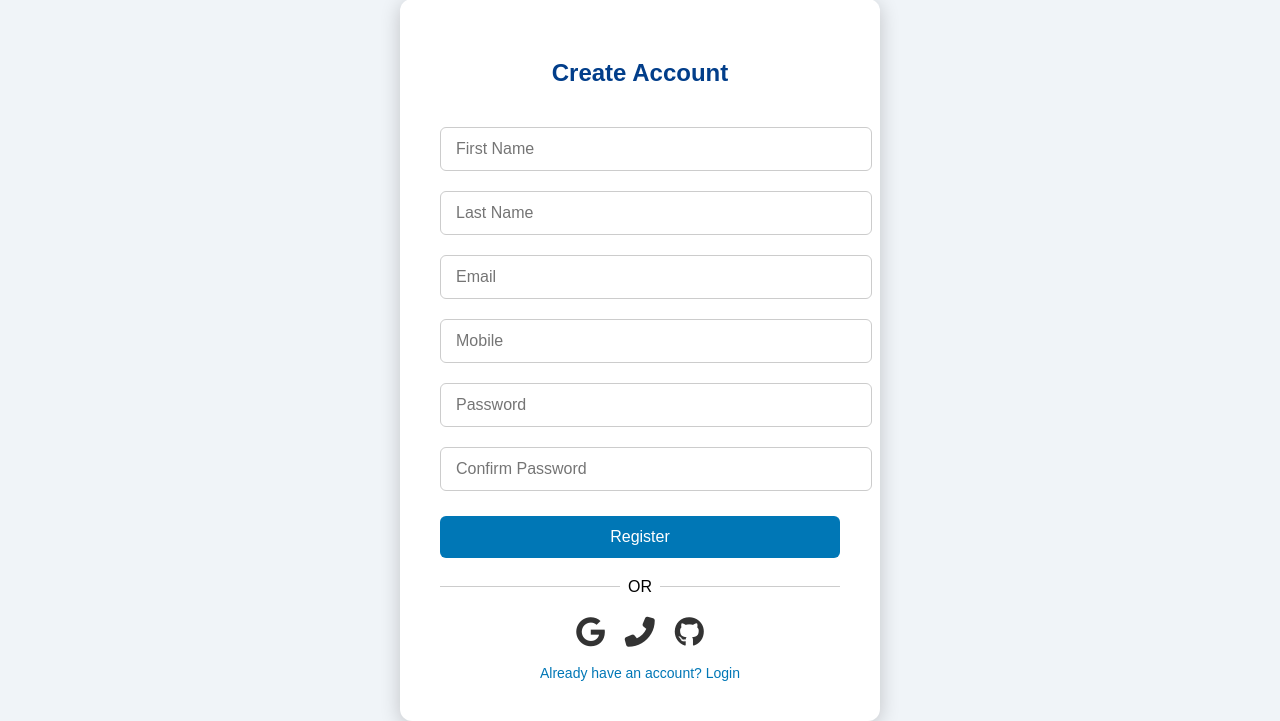
Repository: Mathin04/Online-Interview-Platform-
Page: urls/register.html
The author's editor kept a copy of each file at every save. The page is drawn from the files as they stood at one save, then again after the next save.
The browser window is 1280 px wide. The pictures show the whole page.

Above is the page before, as saved 2025-10-08 14:29:31.

### urls/register.html
<!DOCTYPE html>
<html lang="en">
<head>
  <meta charset="UTF-8">
  <title>Register | M-Terview</title>
  <link rel="stylesheet" href="https://cdnjs.cloudflare.com/ajax/libs/font-awesome/6.4.0/css/all.min.css">
  <style>
    body {
      font-family: Arial, sans-serif;
      background: #f0f4f8;
      display: flex;
      justify-content: center;
      align-items: center;
      height: 100vh;
      margin: 0;
    }

    .register-container {
      background: white;
      padding: 40px;
      border-radius: 12px;
      box-shadow: 0 4px 20px rgba(0,0,0,0.2);
      width: 400px;
      text-align: center;
    }

    .register-container h2 {
      margin-bottom: 30px;
      color: #023e8a;
    }

    input[type="text"], input[type="email"], input[type="tel"], input[type="password"] {
      width: 100%;
      padding: 12px 15px;
      margin: 10px 0;
      border: 1px solid #ccc;
      border-radius: 6px;
      font-size: 16px;
    }

    .register-btn {
      width: 100%;
      padding: 12px;
      margin-top: 15px;
      background: #0077b6;
      color: white;
      border: none;
      border-radius: 6px;
      font-size: 16px;
      cursor: pointer;
    }

    .register-btn:hover {
      background: #023e8a;
    }

    .divider {
      display: flex;
      align-items: center;
      text-align: center;
      margin: 20px 0;
    }

    .divider::before, .divider::after {
      content: '';
      flex: 1;
      border-bottom: 1px solid #ccc;
    }

    .divider:not(:empty)::before {
      margin-right: .5em;
    }

    .divider:not(:empty)::after {
      margin-left: .5em;
    }

    .social-register {
      display: flex;
      justify-content: center;
      gap: 20px;
      font-size: 30px;
      margin-top: 20px;
    }

    .social-register a {
      text-decoration: none;
      color: #333;
      transition: 0.3s;
    }

    .social-register a:hover {
      color: #0077b6;
    }

    .error {
      color: red;
      font-size: 14px;
      margin-top: 10px;
    }

    .register-container a.login-link {
      display: block;
      margin-top: 15px;
      color: #0077b6;
      text-decoration: none;
      font-size: 14px;
    }

    .register-container a.login-link:hover {
      text-decoration: underline;
    }
  </style>
</head>
<body>

<div class="register-container">
  <h2>Create Account</h2>

  <input type="text" id="firstName" placeholder="First Name">
  <input type="text" id="lastName" placeholder="Last Name">
  <input type="email" id="email" placeholder="Email">
  <input type="tel" id="mobile" placeholder="Mobile">
  <input type="password" id="password" placeholder="Password">
  <input type="password" id="confirmPassword" placeholder="Confirm Password">

  <button class="register-btn" onclick="register()">Register</button>

  <div class="error" id="errorMsg"></div>

  <div class="divider">OR</div>

  <div class="social-register">
    <a href="https://accounts.google.com/" target="_blank" title="Register with Google"><i class="fab fa-google"></i></a>
    <a href="#" title="Register with Phone"><i class="fas fa-phone-alt"></i></a>
    <a href="https://github.com/join" target="_blank" title="Register with GitHub"><i class="fab fa-github"></i></a>
  </div>

  <a href="../login.html" class="login-link">Already have an account? Login</a>
</div>

<script>
  function register() {
    const firstName = document.getElementById("firstName").value.trim();
    const lastName = document.getElementById("lastName").value.trim();
    const email = document.getElementById("email").value.trim();
    const mobile = document.getElementById("mobile").value.trim();
    const password = document.getElementById("password").value;
    const confirmPassword = document.getElementById("confirmPassword").value;
    const errorMsg = document.getElementById("errorMsg");

    if(!firstName || !lastName || !email || !mobile || !password || !confirmPassword) {
      errorMsg.textContent = "Please fill all fields!";
      return;
    }

    if(password !== confirmPassword) {
      errorMsg.textContent = "Passwords do not match!";
      return;
    }

    errorMsg.textContent = "";
    alert(`Account created successfully for ${firstName} ${lastName}! Redirecting to login...`);
    window.location.href = "../login.html";
  }
</script>

</body>
</html>

After the next save:
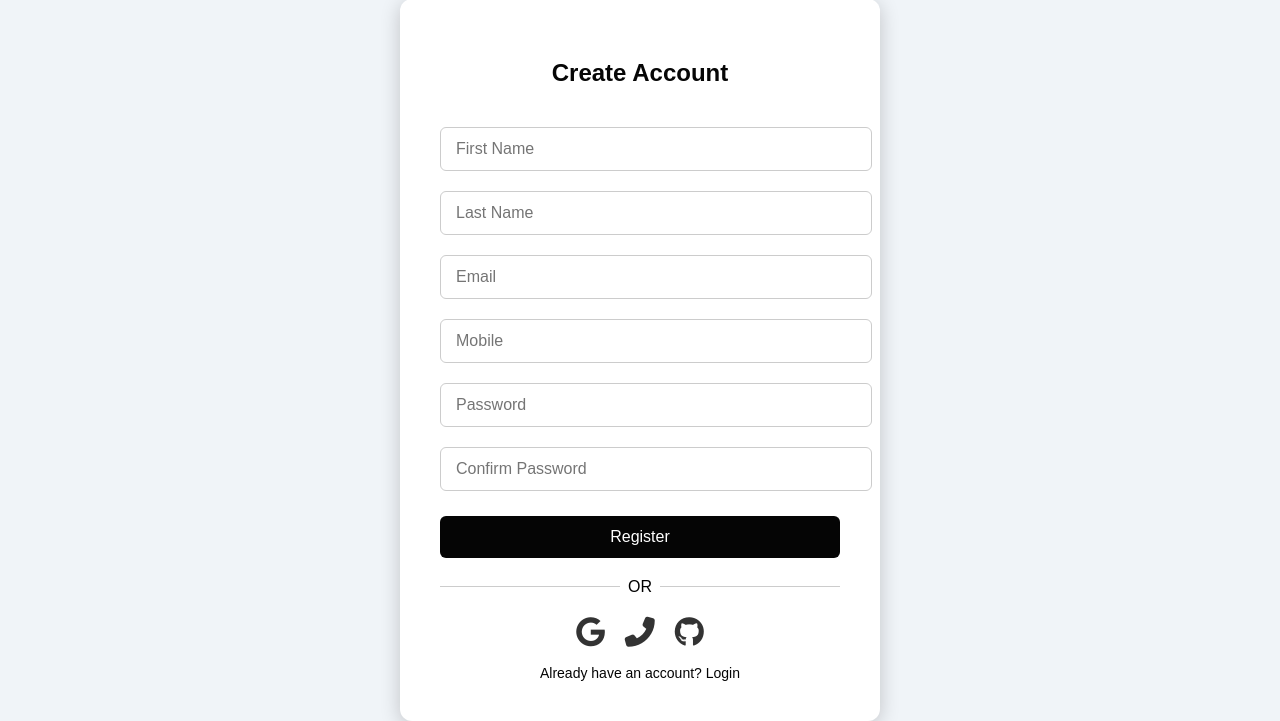
Saved 54 s later.
--- a/urls/register.html
+++ b/urls/register.html
@@ -26,7 +26,7 @@
 
     .register-container h2 {
       margin-bottom: 30px;
-      color: #023e8a;
+      color: #060606;
     }
 
     input[type="text"], input[type="email"], input[type="tel"], input[type="password"] {
@@ -42,7 +42,7 @@
       width: 100%;
       padding: 12px;
       margin-top: 15px;
-      background: #0077b6;
+      background: #050505;
       color: white;
       border: none;
       border-radius: 6px;
@@ -51,7 +51,7 @@
     }
 
     .register-btn:hover {
-      background: #023e8a;
+      background: #0b0b0b;
     }
 
     .divider {
@@ -90,7 +90,7 @@
     }
 
     .social-register a:hover {
-      color: #0077b6;
+      color: #090909;
     }
 
     .error {
@@ -102,7 +102,7 @@
     .register-container a.login-link {
       display: block;
       margin-top: 15px;
-      color: #0077b6;
+      color: #040404;
       text-decoration: none;
       font-size: 14px;
     }
